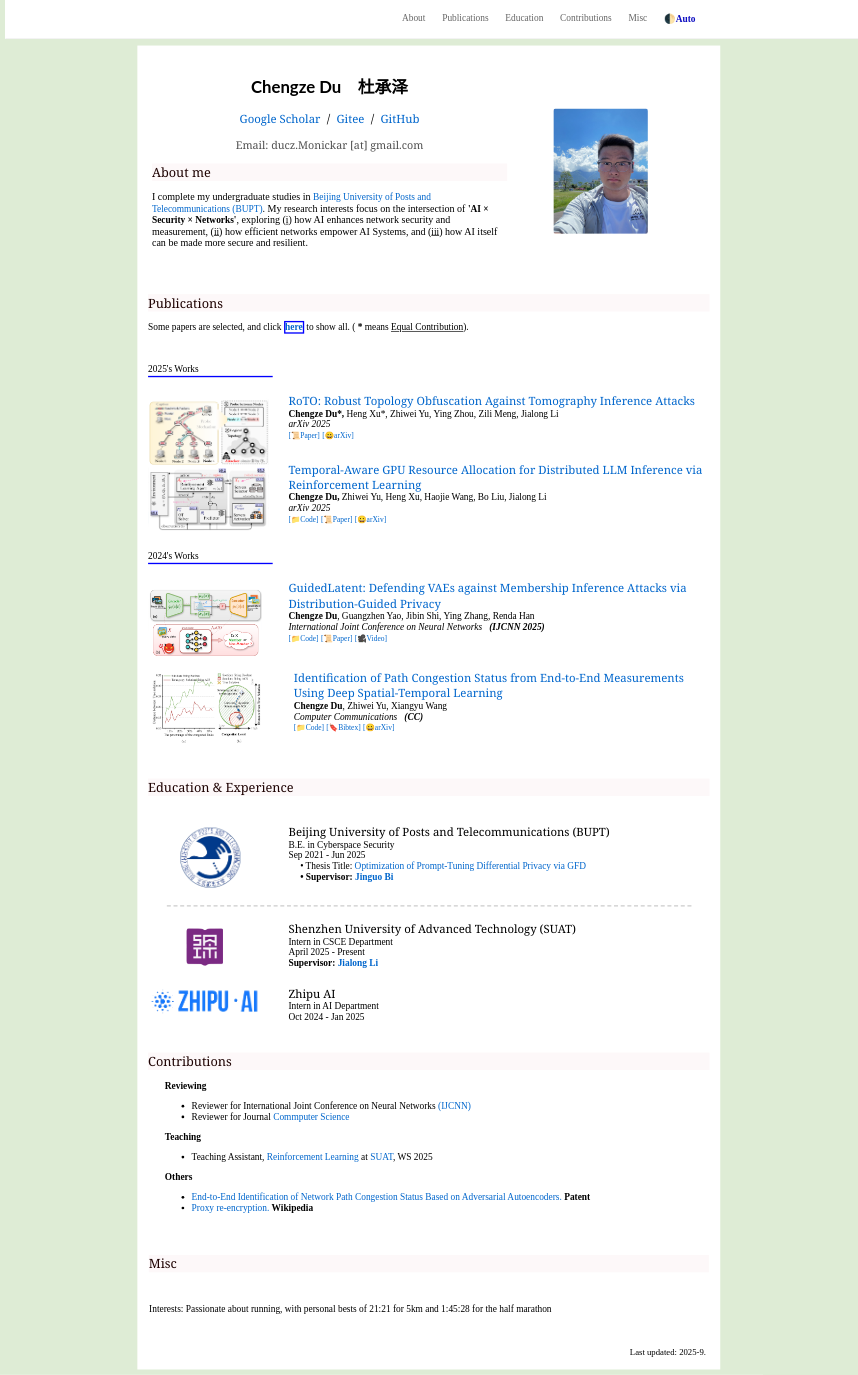
Repository: Monickar/Monickar.github.io
Page: index.html
The author's editor kept a copy of each file at every save. The page is drawn from the files as they stood at one save, then again after a run of saves.
The browser window is 1280 px wide. The pictures show the whole page, at 67% of full size.

Above is the page before, as saved 2025-10-28 19:01:04.

After the next 2 saves:
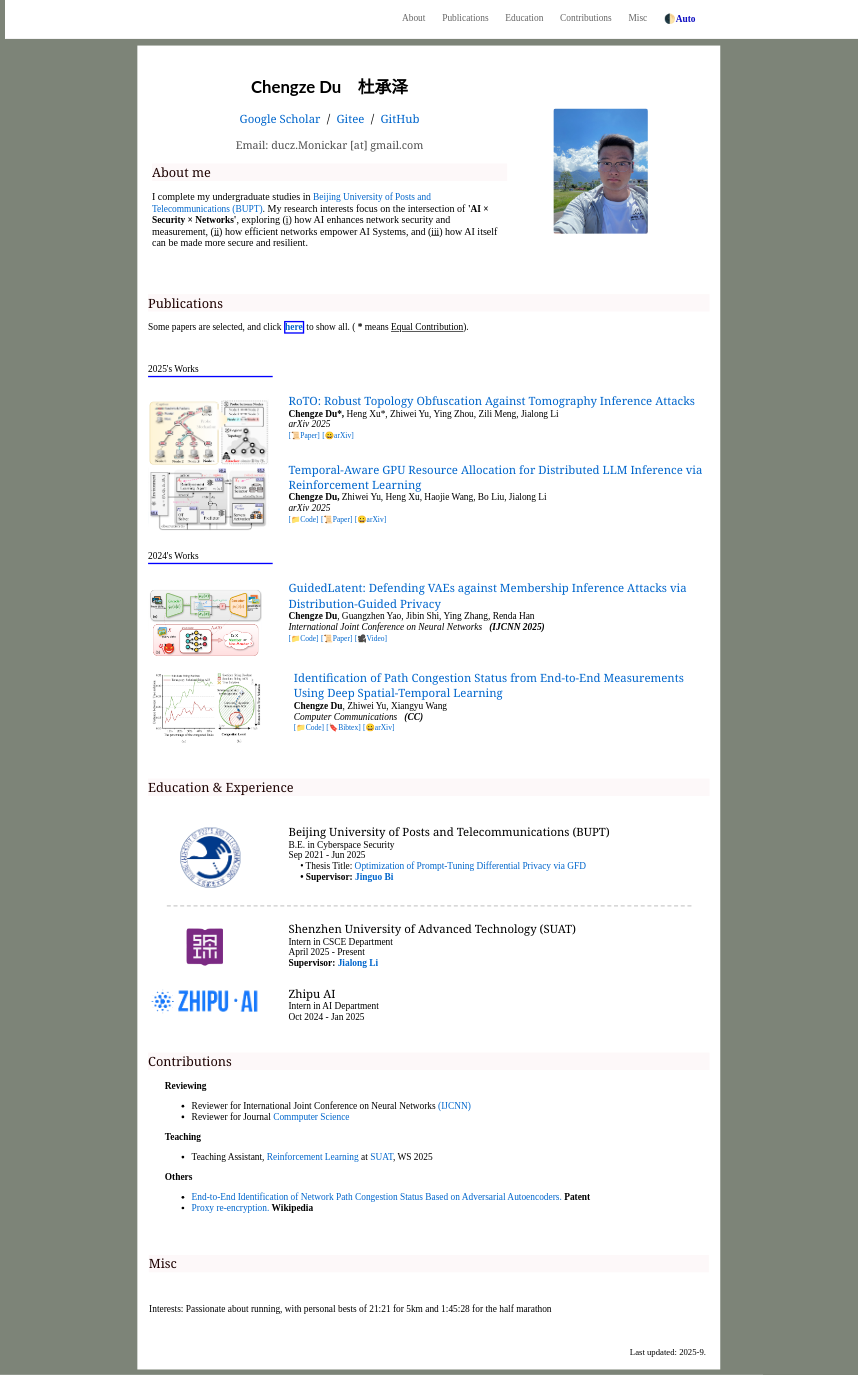
The 2 saves are shown as one change because they came seconds apart.
The last was saved 6 s later.
--- a/styles.css
+++ b/styles.css
@@ -21,7 +21,7 @@
 }
 
 .bodycolor {
-  background-color: #deecd5;
+  background-color: #7d8478;
 }
 
 a {
